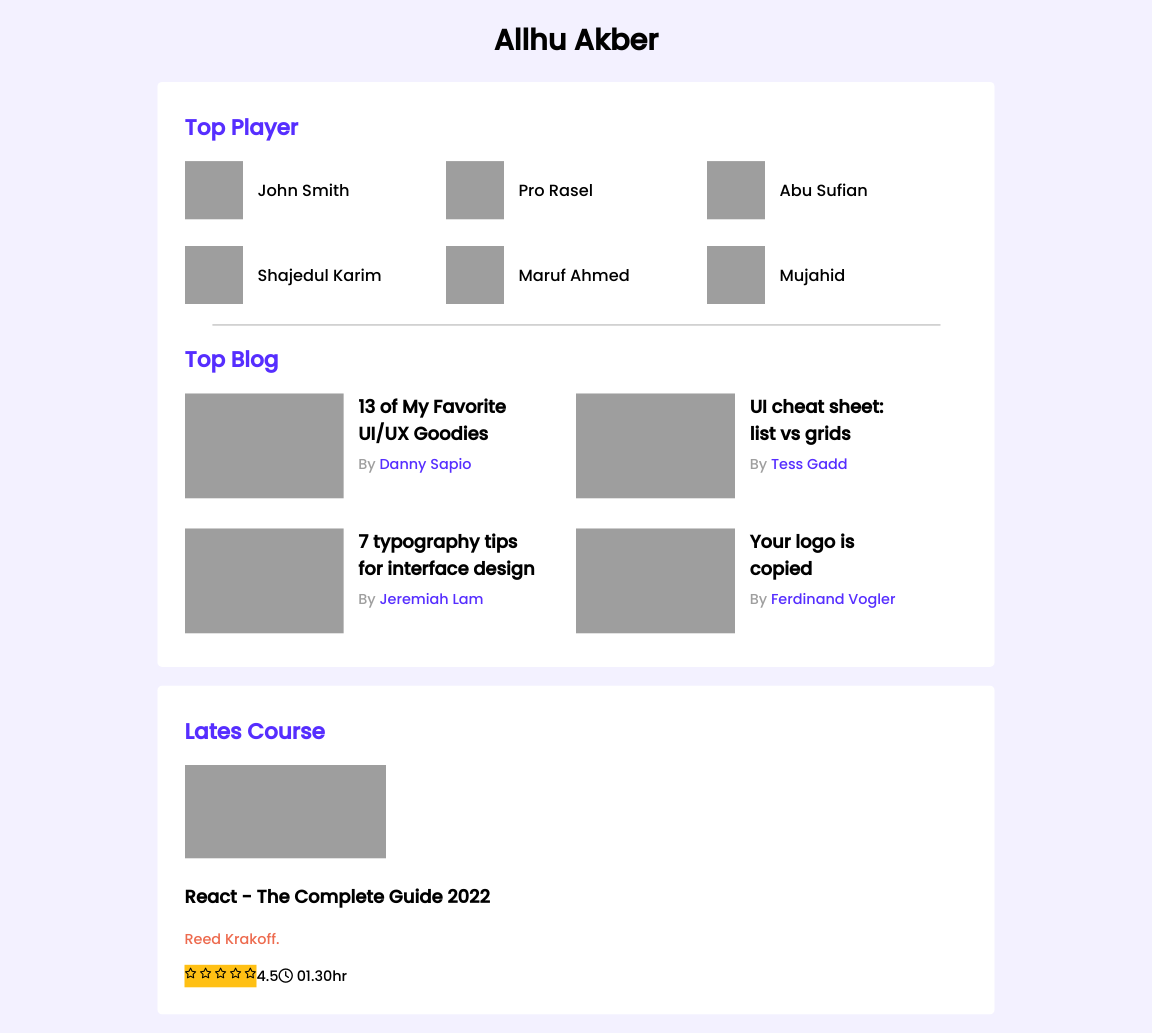
Repository: zjria/leader-board
Page: index.html
An editor plug-in stored every save of this project. The page is shown before and after the next save, followed by the edit.
The browser window is 1280 px wide. The pictures show the whole page, at 90% of full size.
Pictures or frames that could not be fetched are drawn as grey boxes.

Above is the page before, as saved 2022-09-04 10:12:06.

### index.html
<!DOCTYPE html>
<html lang="en">

<head>
    <meta charset="UTF-8">
    <meta http-equiv="X-UA-Compatible" content="IE=edge">
    <meta name="viewport" content="width=device-width, initial-scale=1.0">
    <title>leader-board</title>
    <!-- Font awesome -->
    <link rel="stylesheet" href="https://cdnjs.cloudflare.com/ajax/libs/font-awesome/6.2.0/css/all.min.css"
        integrity="sha512-xh6O/CkQoPOWDdYTDqeRdPCVd1SpvCA9XXcUnZS2FmJNp1coAFzvtCN9BmamE+4aHK8yyUHUSCcJHgXloTyT2A=="
        crossorigin="anonymous" referrerpolicy="no-referrer" />
    <!-- Custom CSS -->
    <link rel="stylesheet" href="/style/style.css">
</head>

<body>
    <h1>Allhu Akber</h1>
    <!-- Header Section -->
    <header>

    </header>
    <!-- Main Section -->
    <main>
        <section class="container">
            <div class="top-players">
                <h2 class="section-title">Top Player</h2>
                <div class="players">
                    <div class="player">
                        <img src="images/players/player-1.png" alt="">
                        <h3 class="name-title">John Smith</h3>
                    </div>
                    <div class="player">
                        <img src="images/players/player-2.png" alt="">
                        <h3 class="name-title">Pro Rasel</h3>
                    </div>
                    <div class="player">
                        <img src="images/players/player-3.png" alt="">
                        <h3 class="name-title">Abu Sufian</h3>
                    </div>
                    <div class="player">
                        <img src="images/players/player-4.png" alt="">
                        <h3 class="name-title">Shajedul Karim</h3>
                    </div>
                    <div class="player">
                        <img src="images/players/player-5.png" alt="">
                        <h3 class="name-title">Maruf Ahmed</h3>
                    </div>
                    <div class="player">
                        <img src="images/players/player-6.png" alt="">
                        <h3 class="name-title">Mujahid</h3>
                    </div>
                </div>
            </div>
            <hr class="horigantal-line">

            <!-- Blog information -->
            <div class="blog-information">
                <h2 class="section-title">Top Blog</h2>
                <div class="blogs-details">
                    <article class="blogs">
                        <div class="blog-thimble">
                            <img src="images/blogs/blog-1.png" alt="">
                        </div>
                        <div class="blog-contain">
                            <h2>13 of My Favorite <br> UI/UX Goodies</h2>
                            <p class="blog-auther">By <a href="">Danny Sapio</a></p>
                        </div>
                    </article>
                    <article class="blogs">
                        <div class="blog-thimble">
                            <img src="images/blogs/blog-2.png" alt="">
                        </div>
                        <div class="blog-contain">
                            <h2>UI cheat sheet: <br>
                                list vs grids</h2>
                            <p class="blog-auther">By <a href="">Tess Gadd</a></p>
                        </div>
                    </article>
                    <article class="blogs">
                        <div class="blog-thimble">
                            <img src="images/blogs/blog-3.png" alt="">
                        </div>
                        <div class="blog-contain">
                            <h2>7 typography tips <br>
                                for interface design</h2>
                            <p class="blog-auther">By <a href=""> Jeremiah Lam</a></p>
                        </div>
                    </article>
                    <article class="blogs">
                        <div class="blog-thimble">
                            <img src="images/blogs/blog-4.png" alt="">
                        </div>
                        <div class="blog-contain">
                            <h2>Your logo is <br>
                                copied</h2>
                            <p class="blog-auther">By <a href=""> Ferdinand Vogler</a></p>
                        </div>
                    </article>
                </div>
            </div>
        </section>
        <!-- Lates Course -->
        <section class="container">
            <h2 class="section-title">Lates Course</h2>
            <div class="course-details">
                <div class="course-thumble">
                    <img src="images/courses/course-1.png" alt="">
                </div>
                <div class="course-title">
                    <h3>React - The Complete Guide 2022</h3>
                    <p>Reed Krakoff.</p>
                </div>
                <div class="course-info">
                    <div class="star-icon">
                        <i class="fa-regular fa-star field"></i>
                        <i class="fa-regular fa-star field"></i>
                        <i class="fa-regular fa-star field"></i>
                        <i class="fa-regular fa-star field"></i>
                        <i class="fa-regular fa-star"></i>
                    </div>
                    <div class="rating">4.5</div>
                    <div class="time-duration">
                        <i class="fa-regular fa-clock"></i> 01.30hr
                    </div>
                </div>
            </div>
        </section>
    </main>
</body>

</html>

### style/style.css
/* Google Fonts */
@import url('https://fonts.googleapis.com/css2?family=Poppins:wght@500&family=Roboto:wght@100;300;400;500;700;900&display=swap');

h1 {
    display: flex;
    justify-content: center;
}

/* Commant CSS Utilitis */
body {
    border: 0px;
    margin: 0px;
    font-family: 'Poppins', sans-serif;
    /* font-family: 'Roboto', sans-serif; */
    background-color: #F3F1FF;
}

/* Top Players Section */
main {
    display: flex;
    align-items: center;
    flex-direction: column;
}

.section-title {
    color: #562EFF;
    font-size: 24px;
}

.container {
    background-color: #FFFFFF;
    width: 870px;
    padding: 30px;
    margin-bottom: 21px;
    border-radius: 5px;
}

.top-players {
    /* padding: 30px; */
    margin-bottom: 22px;
}

h2.section-title {
    margin-top: 3px;
}

.players {
    display: grid;
    grid-template-columns: repeat(3, 1fr);
    grid-row-gap: 29px;
}

.player {
    display: flex;
    align-items: center;
}

.player img {
    width: 65px;
    height: 65px;
}

.name-title {
    margin-left: 16px;
    font-size: 18px;
    font-weight: normal;
}

.horigantal-line {
    border: 1px solid #D1D1D1;
    width: 807px;
    margin-bottom: 20px;
}

/* ------------------ blogs details information-------------- */
.blogs-details {
    display: grid;
    grid-template-columns: repeat(2, 1fr);
    grid-row-gap: 26px;
}

.blogs {
    display: flex;
}

.blogs .blog-thimble img {
    width: 177px;
    height: 117px;
    margin-right: 16px;
}

.blog-contain h2 {
    font-size: 20px;
    margin: 0;
}

.blog-contain .blog-auther {
    color: #9F9F9F;
    font-size: 16px;
}

.blog-contain .blog-auther a {
    color: #562EFF;
    font-size: 16px;
    text-decoration: none;
}

.blog-contain p {
    margin-top: 6px;
}

/* -------------------- course-info --------------- */
.course-thumble img {
    width: 224px;
    height: 104px;
}

.course-title h3 {
    font-size: 20px;
}

.course-title p {
    font-size: 16px;
    color: #ED6B4F;
}

.course-info {
    display: flex;
}

.course-info .star-icon {
    font-size: 12px;

}

.course-info .star-icon {
    background: #FFC014;
}

After the next save:
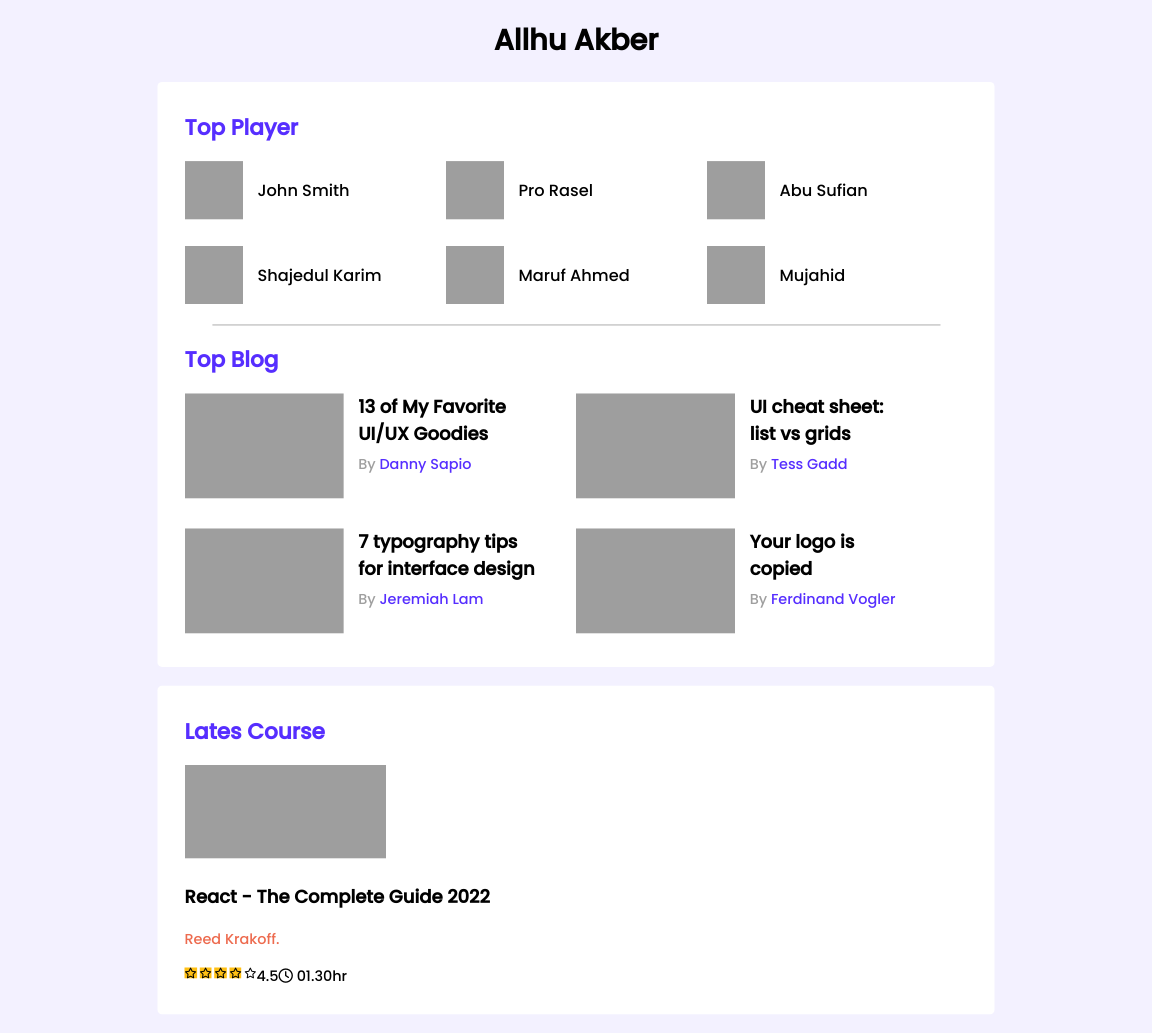
Saved 25 s later.
--- a/style/style.css
+++ b/style/style.css
@@ -133,6 +133,6 @@ h2.section-title {
 
 }
 
-.course-info .star-icon {
+.course-info .star-icon .fa-star.field {
     background: #FFC014;
 }
